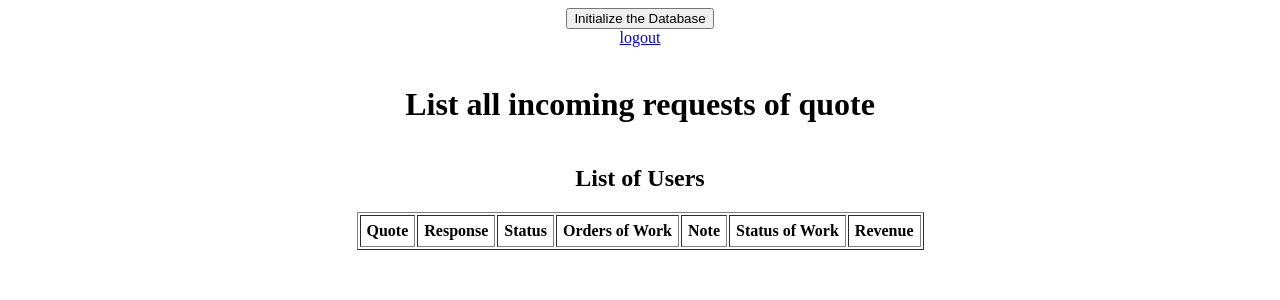
Repository: Sahithkonuganti/DatabaseProject
Page: http://localhost/database/davidView.jsp
An editor plug-in stored every save of this project. The page is shown before and after the next save, followed by the edit.
The browser window is 1280 px wide. The pictures show the whole page.
The page is served by Tomcat 9.

Above is the page before, as saved 2023-10-27 20:27:19.

After the next save:
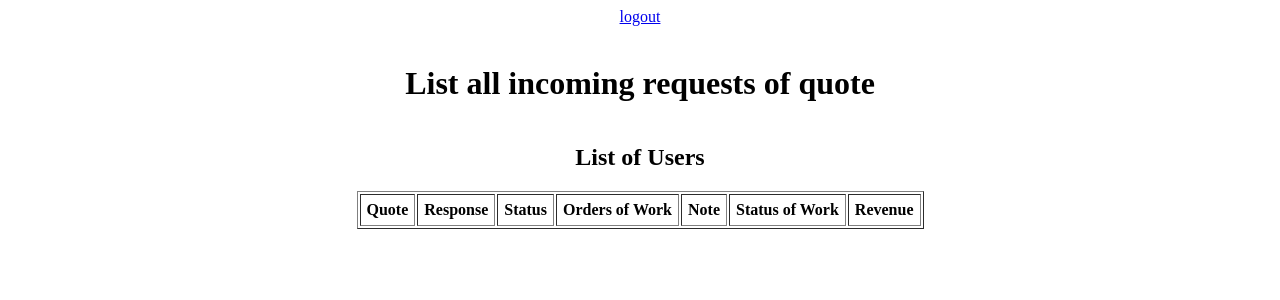
Saved 68 s later.
--- a/database/WebContent/davidView.jsp
+++ b/database/WebContent/davidView.jsp
@@ -12,9 +12,9 @@
 
 <div align = "center">
 
-	<form action = "initialize">
+	<!-- <form action = "initialize">
 		<input type = "submit" value = "Initialize the Database"/>
-	</form>
+	</form> -->
 	<a href="login.jsp"target ="_self" > logout</a><br><br>
 
 <h1>List all incoming requests of quote</h1>
